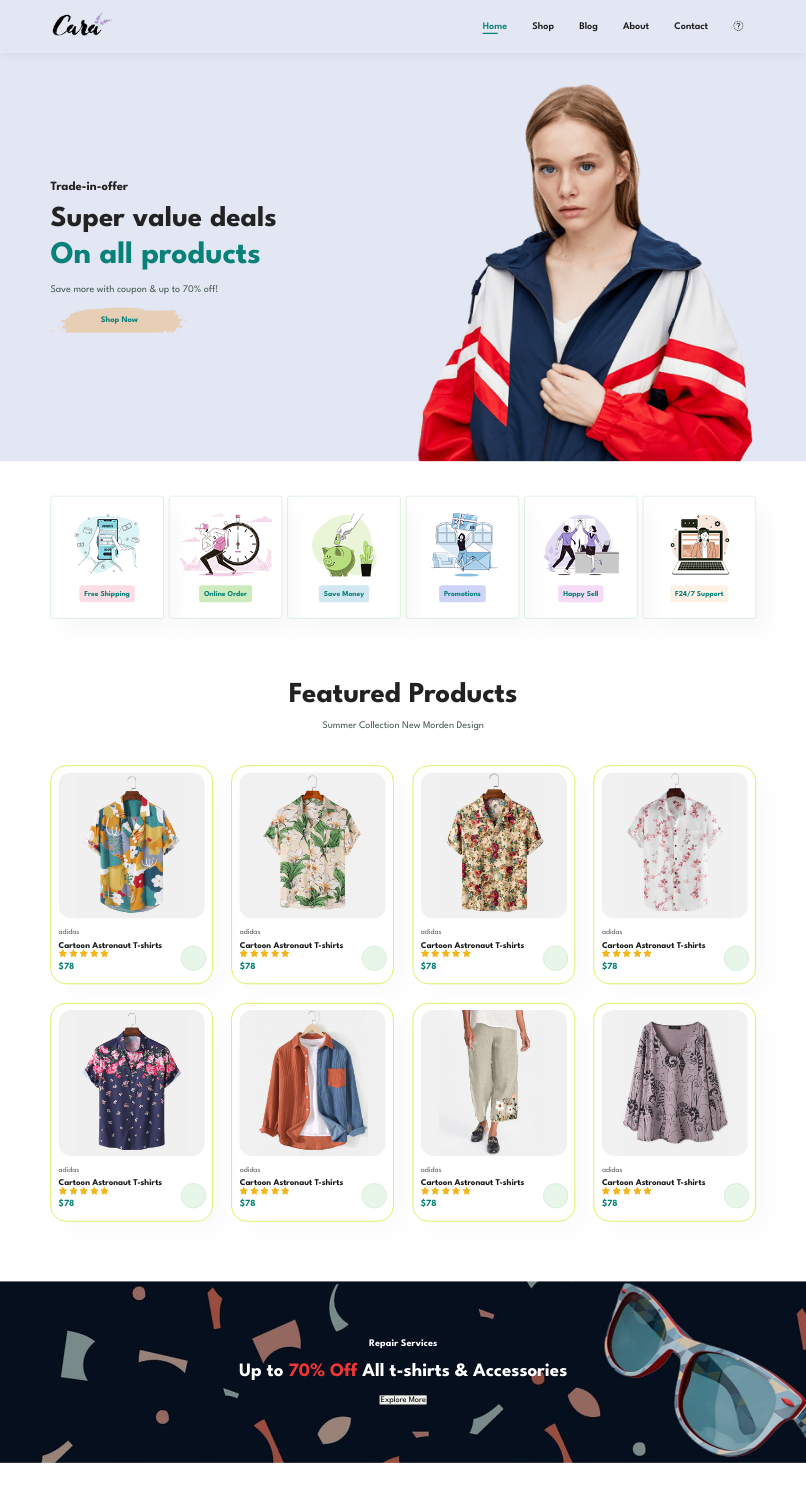
Repository: quy261001/cara
Page: index.html
An editor plug-in stored every save of this project. The page is shown before and after the next save, followed by the edit.
The browser window is 1280 px wide. The pictures show the whole page, at 63% of full size.

Above is the page before, as saved 2022-05-01 19:49:22.

### index.html
<!DOCTYPE html>
<html lang="en">
<head>
  <meta charset="UTF-8">
  <meta http-equiv="X-UA-Compatible" content="IE=edge">
  <meta name="viewport" content="width=device-width, initial-scale=1.0">
  <link rel="stylesheet" href="style.css">
  <title>Cara</title>
</head>
<body>
  <section class="header">
    <a href="#"><img src="img/logo.png" class="logo" alt=""></a>

    <div>
      <ul class="navbar">
        <li><a class="active" href="index.html">Home</a></li>
        <li><a href="shop.html">Shop</a></li>
        <li><a href="blog.html">Blog</a></li>
        <li><a href="about.html">About</a></li>
        <li><a href="contact.html">Contact</a></li>
        <li><a href="cart.html"><i class="far fa-shopping-bag"></i></a></li>
      </ul>
    </div>
  </section>

  <section class="hero">
    <h4>Trade-in-offer</h4>
    <h2>Super value deals</h2>
    <h1>On all products</h1>
    <p>Save more with coupon & up to 70% off!</p>
    <button>Shop Now</button>
  </section>

  <section class="feature section-p1">
    <div class="fe-box">
      <img src="img/features/f1.png" alt="">
      <h6>Free Shipping</h6>
    </div>
    <div class="fe-box">
      <img src="img/features/f2.png" alt="">
      <h6>Online Order</h6>
    </div>
    <div class="fe-box">
      <img src="img/features/f3.png" alt="">
      <h6>Save Money</h6>
    </div>
    <div class="fe-box">
      <img src="img/features/f4.png" alt="">
      <h6>Promotions</h6>
    </div>
    <div class="fe-box">
      <img src="img/features/f5.png" alt="">
      <h6>Happy Sell</h6>
    </div>
    <div class="fe-box">
      <img src="img/features/f6.png" alt="">
      <h6>F24/7 Support</h6>
    </div>
  </section>

  <section class="product1 section-p1">
    <h2>Featured Products</h2>
    <p>Summer Collection New Morden Design</p>
    <div class="pro-container">
      <div class="pro">
        <img src="img/products/f1.jpg" alt="">
        <div class="des">
          <span>adidas</span>
          <h5>Cartoon Astronaut T-shirts</h5>
          <div class="star">
            <i class="fas fa-star"></i>
            <i class="fas fa-star"></i>
            <i class="fas fa-star"></i>
            <i class="fas fa-star"></i>
            <i class="fas fa-star"></i>
          </div>
          <h4>$78</h4>
        </div>
        <a href=""><i class="fal fa-shopping-cart cart"></i></a>
      </div>
      <div class="pro">
        <img src="img/products/f2.jpg" alt="">
        <div class="des">
          <span>adidas</span>
          <h5>Cartoon Astronaut T-shirts</h5>
          <div class="star">
            <i class="fas fa-star"></i>
            <i class="fas fa-star"></i>
            <i class="fas fa-star"></i>
            <i class="fas fa-star"></i>
            <i class="fas fa-star"></i>
          </div>
          <h4>$78</h4>
        </div>
        <a href=""><i class="fal fa-shopping-cart cart"></i></a>
      </div>
      <div class="pro">
        <img src="img/products/f3.jpg" alt="">
        <div class="des">
          <span>adidas</span>
          <h5>Cartoon Astronaut T-shirts</h5>
          <div class="star">
            <i class="fas fa-star"></i>
            <i class="fas fa-star"></i>
            <i class="fas fa-star"></i>
            <i class="fas fa-star"></i>
            <i class="fas fa-star"></i>
          </div>
          <h4>$78</h4>
        </div>
        <a href=""><i class="fal fa-shopping-cart cart"></i></a>
      </div>
      <div class="pro">
        <img src="img/products/f4.jpg" alt="">
        <div class="des">
          <span>adidas</span>
          <h5>Cartoon Astronaut T-shirts</h5>
          <div class="star">
            <i class="fas fa-star"></i>
            <i class="fas fa-star"></i>
            <i class="fas fa-star"></i>
            <i class="fas fa-star"></i>
            <i class="fas fa-star"></i>
          </div>
          <h4>$78</h4>
        </div>
        <a href=""><i class="fal fa-shopping-cart cart"></i></a>
      </div>
      <div class="pro">
        <img src="img/products/f5.jpg" alt="">
        <div class="des">
          <span>adidas</span>
          <h5>Cartoon Astronaut T-shirts</h5>
          <div class="star">
            <i class="fas fa-star"></i>
            <i class="fas fa-star"></i>
            <i class="fas fa-star"></i>
            <i class="fas fa-star"></i>
            <i class="fas fa-star"></i>
          </div>
          <h4>$78</h4>
        </div>
        <a href=""><i class="fal fa-shopping-cart cart"></i></a>
      </div>
      <div class="pro">
        <img src="img/products/f6.jpg" alt="">
        <div class="des">
          <span>adidas</span>
          <h5>Cartoon Astronaut T-shirts</h5>
          <div class="star">
            <i class="fas fa-star"></i>
            <i class="fas fa-star"></i>
            <i class="fas fa-star"></i>
            <i class="fas fa-star"></i>
            <i class="fas fa-star"></i>
          </div>
          <h4>$78</h4>
        </div>
        <a href=""><i class="fal fa-shopping-cart cart"></i></a>
      </div>
      <div class="pro">
        <img src="img/products/f7.jpg" alt="">
        <div class="des">
          <span>adidas</span>
          <h5>Cartoon Astronaut T-shirts</h5>
          <div class="star">
            <i class="fas fa-star"></i>
            <i class="fas fa-star"></i>
            <i class="fas fa-star"></i>
            <i class="fas fa-star"></i>
            <i class="fas fa-star"></i>
          </div>
          <h4>$78</h4>
        </div>
        <a href=""><i class="fal fa-shopping-cart cart"></i></a>
      </div>
      <div class="pro">
        <img src="img/products/f8.jpg" alt="">
        <div class="des">
          <span>adidas</span>
          <h5>Cartoon Astronaut T-shirts</h5>
          <div class="star">
            <i class="fas fa-star"></i>
            <i class="fas fa-star"></i>
            <i class="fas fa-star"></i>
            <i class="fas fa-star"></i>
            <i class="fas fa-star"></i>
          </div>
          <h4>$78</h4>
        </div>
        <a href=""><i class="fal fa-shopping-cart cart"></i></a>
      </div>
    </div>

  </section>

  <section class="banner section-m1">
    <h4>Repair Services</h4>
    <h2>Up to <span>70% Off</span> All t-shirts & Accessories</h2>
    <button>Explore More</button>
  </section>

  <script src="script.js"></script>
  <script defer src="https://pro.fontawesome.com/releases/v5.15.4/js/all.js"></script>
</body>
</html>

### style.css
@import url('https://fonts.googleapis.com/css2?family=League+Spartan:wght@100;200;300;400;500;600;700;800;900&display=swap');
* {
  margin: 0;
  padding: 0;
  box-sizing: border-box;
  font-family: 'League Spartan', sans-serif;
}
h1 {
  font-size: 50px;
  line-height: 64px;
  color: #222;
}
h2 {
  font-size: 46px;
  line-height: 53px;
  color: #222;
}
h4 {
  font-size: 20px;
  color: #222;
}
h6 {
  font-weight: 700;
  font-size: 12px;
}
p {
  font-size: 16px;
  color: #465b52;
  margin: 15px 0 20px 0;
}
.section-p1 {
  padding: 40px 80px;
}
.section-m1 {
  margin: 40px 0;
}
button.normal {
  font-size: 14px;
  font-weight: 600;
  padding: 15px 30px;
  color: #000;
  background-color: #fff;
  border-radius: 4px;
  cursor: pointer;
  border: none;
  outline: none;
  transition: 0.2s;
}
body {
  width: 100%;
}

/* Header-start */
.header {
  display: flex;
  justify-content: space-between;
  align-items: center;
  padding: 20px 80px;
  background-color: #E3E6F3;
  box-shadow: 0 5px 15px rgba(0, 0, 0, 0.06);
  z-index: 999;
  position: sticky;
  top: 0;
  left: 0;
}

.navbar {
  display: flex;
  align-items: center;
  justify-content: center;
}

.navbar li {
  list-style: none;
  padding: 0 20px;
  position: relative;
}

.navbar li a {
  text-decoration: none;
  font-size:16px;
  font-weight: 600;
  color: #1a1a1a;
  transition: 0.3s ease;
}

.navbar li a:hover,
.navbar li a.active {
  color: #088178;
}

.navbar li a.active::after,
.navbar li a:hover::after {
  content: "";
  width: 30%;
  height: 2px;
  background-color: #088178;
  position: absolute;
  bottom: -4px;
  left: 20px;
}
/* Home page */
.hero {
  background-image: url("img/hero4.png");
  height: 90vh;
  width: 100%;
  background-position: top 25% right 0;
  background-size: cover;
  display: flex;
  justify-content: center;
  align-items: flex-start;
  flex-direction: column;
  padding: 0 80px;
}

.hero h4 {
  padding-bottom: 15px;
}

.hero h1 {
  color: #088178;
}

.hero button {
  background-image: url("img/button.png");
  background-color: transparent;
  color: #088178;
  border: 0;
  padding: 14px 80px 14px 80px;
  background-repeat: no-repeat;
  cursor: pointer;
  font-weight: 700;
}

.feature {
  display: flex;
  align-items: center;
  justify-content: space-between;
  flex-wrap: wrap;
}

.feature .fe-box {
   width: 180px;
   text-align: center;
   padding: 25px 15px;
   box-shadow: 20px 20px 34px rgba(0, 0, 0, 0.03);
   border: 1px solid #cce7d0;
   border-radius: 4px;
   margin: 15px 0;
}

.feature .fe-box:hover {
  box-shadow: 10px 10px 54px rgba(70, 62, 221, 0.1);
}
.feature .fe-box img {
  width: 100%;
  margin-bottom: 10px;
}
.feature .fe-box h6 {
  display: inline-block;
  padding: 9px 8px 6px 8px;
  line-height: 1;
  border-radius: 4px;
  color: #088178;
  background-color: #fddde4;
}
.feature .fe-box:nth-child(2) h6 {
  background-color: #cdebbc;
}
.feature .fe-box:nth-child(3) h6 {
  background-color: #d1e8f2;
}
.feature .fe-box:nth-child(4) h6 {
  background-color: #cdd4f8;
}
.feature .fe-box:nth-child(5) h6 {
  background-color: #f6dbf6;
}
.feature .fe-box:nth-child(6) h6 {
  background-color: #fff2e5;
}

.product1 {
  text-align: center;
}
.product1 .pro-container {
  display: flex;
  justify-content: space-between;
  flex-wrap: wrap;
  padding-top: 20px;
}
.product1 .pro {
  position: relative;
  width: 23%;
  min-width: 250px;
  padding: 10px 12px;
  border: 1px solid #cce70d;
  border-radius: 25px;
  cursor: pointer;
  box-shadow: 20px 20px 30px rgba(0, 0, 0, 0.02);
  margin: 15px 0;
  transition: 0.2s ease;
}
.product1 .pro:hover {
  box-shadow: 20px 20px 30px rgba(0, 0, 0, 0.06);
}
.product1 .pro img {
  width: 100%;
  border-radius: 20px;
}
.product1 .pro .des {
  text-align: start;
  padding: 10px 0;
}
.product1 .pro .des span {
  color: #606063;
  font-size: 12px;
}
.product1 .pro .des h5 {
  padding-top: 7px;
  color: #1a1a1a;
  font-size: 14px;
}
.star {
  font-size: 12px;
  color: rgb(243, 181, 25);
}
.product1 .pro .des h4 {
  padding-top: 7px;
  font-size: 15px;
  font-weight: 700;
  color: #088178;
}
.product1 .pro .cart {
  width: 40px;
  height: 40px;
  line-height: 40px;
  border-radius: 50px;
  background-color: #e8f6ea;
  font-weight: 500;
  color: #088178;
  border: 1px solid #cce7d0;
  padding: 10px;
  position: absolute;
  bottom: 20px;
  right: 10px;
}

.banner {
  display: flex;
  flex-direction: column;
  justify-content: center;
  align-items: center;
  background-image: url("img/banner/b2.jpg");
  width: 100%;
  height: 40vh;
  background-size: cover;
  background-position: center;
}
.banner h4 {
  color: #fff;
  font-size: 16px;
}
.banner h2 {
  color: #fff;
  font-size: 30px;
  padding: 10px 0;
}
.banner h2 span {
  color: #ef3636;
}

Loaded but not shown: script.js (no copy from this time; the picture is the same without it)

After the next save:
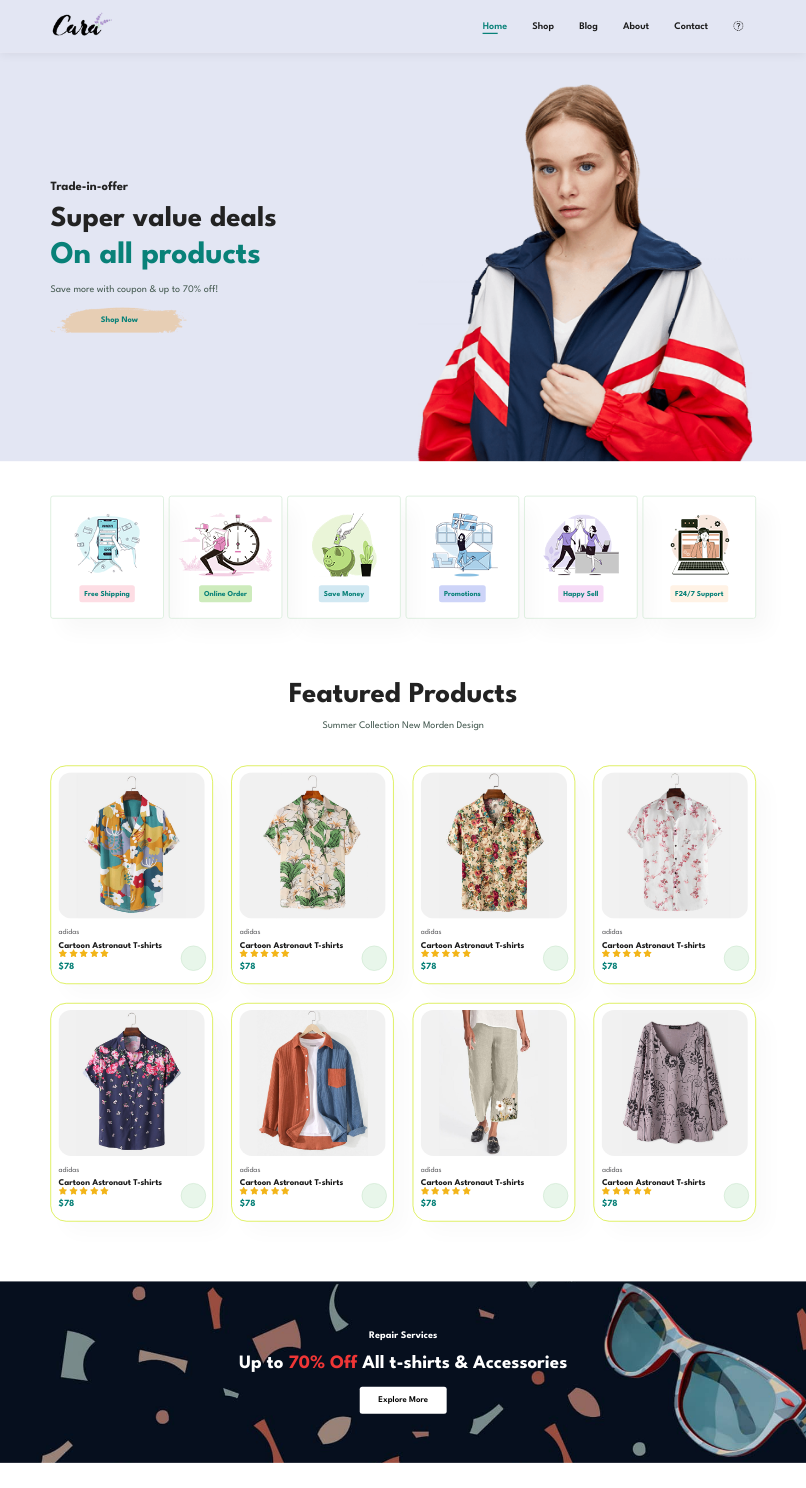
Saved 35 s later.
--- a/index.html
+++ b/index.html
@@ -197,7 +197,7 @@
   <section class="banner section-m1">
     <h4>Repair Services</h4>
     <h2>Up to <span>70% Off</span> All t-shirts & Accessories</h2>
-    <button>Explore More</button>
+    <button class="normal">Explore More</button>
   </section>
 
   <script src="script.js"></script>
